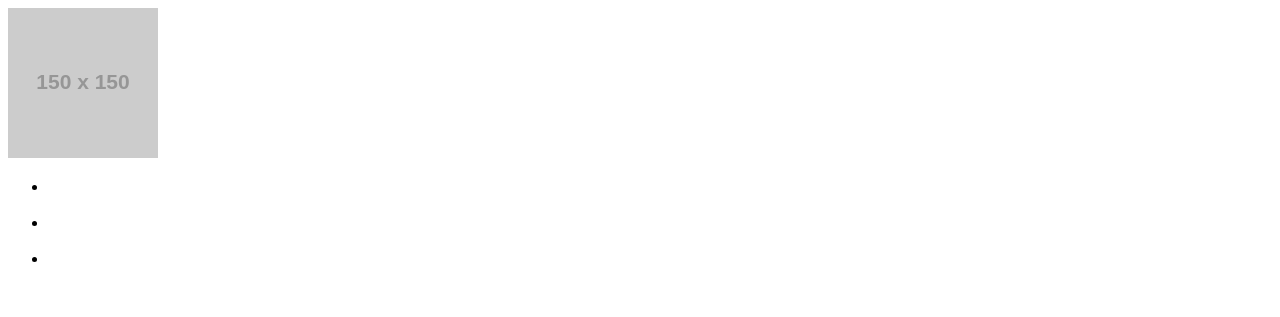
Repository: CryptoFamilyNFT/develhope
Page: html/card.html
The author's editor kept a copy of each file at every save. The page is drawn from the files as they stood at one save, then again after the next save.
The browser window is 1280 px wide. The pictures show the whole page.

Above is the page before, as saved 2024-11-06 13:18:12.

### html/card.html
<!DOCTYPE html>
<html lang="en">
<head>
    <meta charset="UTF-8">
    <meta name="viewport" content="width=device-width, initial-scale=1.0">
    <title>Document</title>
</head>
<body>
    <main>
        <div>
            <div>
                <img src="https://via.placeholder.com/150" alt="Immagine di esempio">
            </div>
            <div>
                <ul>
                    <li>

                    </li>
                    <br/>
                    <li>

                    </li>
                    <br/>
                    <li>

                    </li>
                    <br/>
                </ul>
            </div>
        </div>
    </main>
</body>
</html>

After the next save:
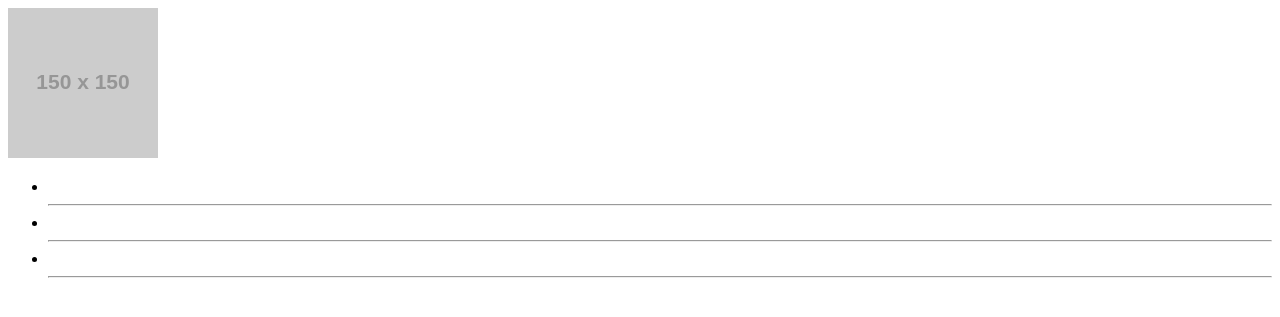
Saved 52 s later.
--- a/html/card.html
+++ b/html/card.html
@@ -16,15 +16,15 @@
                     <li>
 
                     </li>
-                    <br/>
+                    <hr/>
                     <li>
 
                     </li>
-                    <br/>
+                    <hr/>
                     <li>
 
                     </li>
-                    <br/>
+                    <hr/>
                 </ul>
             </div>
         </div>
